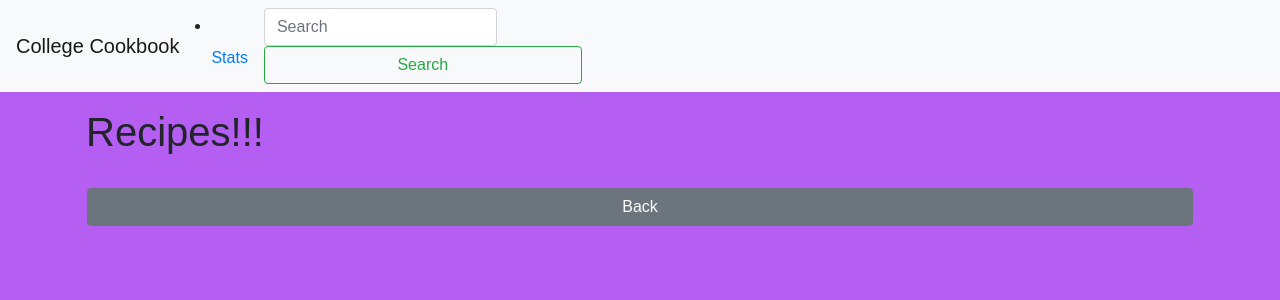
Repository: iiostefanos/college-cookbook
Page: http://localhost/
The author's editor kept a record of every edit. The page is drawn from the files as they stood at one moment, then again after the next edit.
The browser window is 1280 px wide. The pictures show the whole page.
The page is served by the project's application, run on Flask 3 (app.py). Queries for data that is not in the repository find no rows.

Above is the page before.

### templates/recipes.html
{% extends 'base.html' %} {% block content %}
<main class="container">
        <div class="row">
    <button id="back-to-results" class="btn btn-secondary" onclick="history.back(-1)">Back</button>
       </div>
<div class="container-fluid">
<div class="row recipe-header">
        <div class="col-sm-9">
        {% for recipe in recipes%}
        <h5>Category</h5>
        {{recipe.category_name}}
        </div>
        <div class="row">
       <div class="col col-sm-4">
        <h5>Title</h5>
        {{recipe.recipe_name}}
        </div>
        </div>
        <img src="{{ recipe.recipe_image }}" alt="{{ recipe.title}}">
        {{recipe.Serves}}
        {{recipe.Prep_Time}}
        {{recipe.Cook_Time}}
        {{recipe.recipe_description}}
        {{recipe.Author}}
        {{recipe.Ingredients}}
        {{recipe.Instructions}}

        </div>
<div class="recipe-header col-sm-9">

  <a href="{{url_for('edit_recipe', recipe_id=recipe._id)}}" class="btn btn-warning btn-small" type="submit">Edit</a>
  <form action="/delete_recipe/{{recipe._id}}" method="POST" class="col-s12">
  <button class="btn btn-info btn-small" type="submit">Delete</button>
  </form>
</div>
<div class="col-s9">

</div>
        {% endfor %}





{% endblock %}

### templates/base.html
<!DOCTYPE html>
<html>
    <head>
        <link href="https://stackpath.bootstrapcdn.com/font-awesome/4.7.0/css/font-awesome.min.css" rel="stylesheet">
        <link rel="stylesheet" href="https://stackpath.bootstrapcdn.com/bootstrap/4.4.1/css/bootstrap.min.css" integrity="sha384-Vkoo8x4CGsO3+Hhxv8T/Q5PaXtkKtu6ug5TOeNV6gBiFeWPGFN9MuhOf23Q9Ifjh" crossorigin="anonymous">
        <link rel="stylesheet" href="{{url_for('static', filename='css/style.css')}}" type="text/css" />
    </head>
    <body>

        <header>
            <nav class="navbar navbar-expand-lg navbar-light bg-light">
  <a class="navbar-brand" href="#">College Cookbook</a>
  <button class="navbar-toggler" type="button" data-toggle="collapse" data-target="#navbarSupportedContent" aria-controls="navbarSupportedContent" aria-expanded="false" aria-label="Toggle navigation">
    <span class="navbar-toggler-icon"></span>
  </button>

  <div class="collapse navbar-collapse" id="navbarSupportedContent">

      <li class="nav-item">
        <a class="nav-link" href="#">Stats</a>
      </li>
      <form class="form-inline my-2 my-lg-0">
      <input class="form-control mr-sm-2" type="search" placeholder="Search" aria-label="Search">
      <button class="btn btn-outline-success my-2 my-sm-0" type="submit">Search</button>
    </form>
    </ul>

  </div>
</nav>
        </header>
        <div class="container">
        <h1>Recipes!!!</h1>
        {% block content %}
        {% endblock %}
        </div>
        <script src="https://code.jquery.com/jquery-3.4.1.slim.min.js" integrity="sha384-J6qa4849blE2+poT4WnyKhv5vZF5SrPo0iEjwBvKU7imGFAV0wwj1yYfoRSJoZ+n" crossorigin="anonymous"></script>
        <script src="https://cdn.jsdelivr.net/npm/popper.js@1.16.0/dist/umd/popper.min.js" integrity="sha384-Q6E9RHvbIyZFJoft+2mJbHaEWldlvI9IOYy5n3zV9zzTtmI3UksdQRVvoxMfooAo" crossorigin="anonymous"></script>
        <script src="https://stackpath.bootstrapcdn.com/bootstrap/4.4.1/js/bootstrap.min.js" integrity="sha384-wfSDF2E50Y2D1uUdj0O3uMBJnjuUD4Ih7YwaYd1iqfktj0Uod8GCExl3Og8ifwB6" crossorigin="anonymous"></script>
    </body>
</html>

### app.py
import os
from flask import Flask, render_template, redirect, request, url_for
from flask_pymongo import PyMongo
from bson.objectid import ObjectId
from os import path
if path.exists("env.py"):
    import env

app = Flask(__name__)
app.config["MONGO_DBNAME"] = 'college_cookbook'
app.config["MONGO_URI"] = os.environ["MONGO_URI"]

mongo = PyMongo(app)


@app.route('/')
@app.route('/get_recipes')
def get_recipes():
    return render_template("recipes.html",
    recipes=mongo.db.recipes.find())


@app.route('/add_recipe')
def add_recipe():
    categories=mongo.db.categories.find()
    category_list = [category for category in categories]
    return render_template('add_recipe.html', categories = category_list)

@app.route ('/insert_recipe', methods=['POST'])
def insert_recipe():
    recipes=mongo.db.recipes
    recipes.insert_one(request.form.to_dict())
    return redirect(url_for('get_recipes'))

@app.route('/edit_recipe/<recipe_id>')
def edit_recipe(recipe_id):
    the_recipe = mongo.db.recipes.find_one({"_id": ObjectId(recipe_id)})
    all_categories = mongo.db.categories.find()
    return render_template('edit_recipe.html', recipe=the_recipe, categories=all_categories)

@app.route('/update_recipe/<recipe_id>', methods=['POST'])
def update_recipe(recipe_id):
    recipes=mongo.db.recipes
    recipes.update_one({'_id': ObjectId(recipe_id)},
    { "$set":
       {
        "category_name":request.form.get('category_name'),
        "recipe_name":request.form.get('recipe_name'),
        "recipe_image":request.form.get('recipe_image'),
        "Serves":request.form.get('Serves'),
        "Prep_Time":request.form.get('Prep_Time'),
        "Cook_Time":request.form.get('Cook_Time'),
        "recipe_description":request.form.get('recipe_description'),
        "Author":request.form.get('Author'),
        "Ingredients":request.form.get('Ingredients'),
        "Instructions":request.form.get('Instructions')
        }
     }
    )
    return redirect(url_for('get_recipes'))

@app.route('/delete_recipe/<recipe_id>', methods=['POST'])
def delete_recipe(recipe_id):
      mongo.db.recipes.remove({'_id': ObjectId(recipe_id)})
      return redirect(url_for('get_recipes'))


if __name__ == '__main__':
    app.run(host=os.environ.get('IP'),
            port=int(os.environ.get('PORT')),
            debug=True)

### static/css/style.css
body {
    background-color: #b45ef2;
    background-repeat: repeat-x;
    font-family: Arial, Helvetica, sans-serif;

    }

.btn-small
{
    height: 24px;
    width: 60px;
    line-height: 24px;
    margin: 5px 5px;
    padding: 0 0.5em;
}

.recipe-header {
    margin-top: 5px;
}


/* Full-width input fields */
input[type=text], input[type=password] {
  width: 100%;
  padding: 12px 20px;
  margin: 8px 0;
  display: inline-block;
  border: 1px solid #ccc;
  box-sizing: border-box;
}

/* Set a style for all buttons */
button {
  background-color: #4CAF50;
  color: white;
  padding: 14px 20px;
  margin: 8px 0;
  border: none;
  cursor: pointer;
  width: 100%;
}

button:hover {
  opacity: 0.8;
}

/* Extra styles for the cancel button */
.cancelbtn {
  width: auto;
  padding: 10px 18px;
  background-color: #f44336;
}

/* Center the image and position the close button */
.imgcontainer {
  text-align: center;
  margin: 24px 0 12px 0;
  position: relative;
}

.container {
  padding: 16px;
}

span.psw {
  float: right;
  padding-top: 16px;
}

/* The Modal (background) */
.modal {
  display: none; /* Hidden by default */
  position: fixed; /* Stay in place */
  z-index: 1; /* Sit on top */
  left: 0;
  top: 0;
  width: 100%; /* Full width */
  height: 100%; /* Full height */
  overflow: auto; /* Enable scroll if needed */
  background-color: rgb(0,0,0); /* Fallback color */
  background-color: rgba(0,0,0,0.4); /* Black w/ opacity */
  padding-top: 60px;
}

/* Modal Content/Box */
.modal-content {
  background-color: #fefefe;
  margin: 5% auto 15% auto; /* 5% from the top, 15% from the bottom and centered */
  border: 1px solid #888;
  width: 60%; /* Could be more or less, depending on screen size */
}

/* The Close Button (x) */
.close {
  position: absolute;
  right: 25px;
  top: 0;
  color: #000;
  font-size: 35px;
  font-weight: bold;
}

.close:hover,
.close:focus {
  color: red;
  cursor: pointer;
}

/* Add Zoom Animation */
.animate {
  -webkit-animation: animatezoom 0.6s;
  animation: animatezoom 0.6s
}

@-webkit-keyframes animatezoom {
  from {-webkit-transform: scale(0)}
  to {-webkit-transform: scale(1)}
}

@keyframes animatezoom {
  from {transform: scale(0)}
  to {transform: scale(1)}
}

/* Change styles for span and cancel button on extra small screens */
@media screen and (max-width: 300px) {
  span.psw {
     display: block;
     float: none;
  }
  .cancelbtn {
     width: 100%;
  }
}

After the next edit:
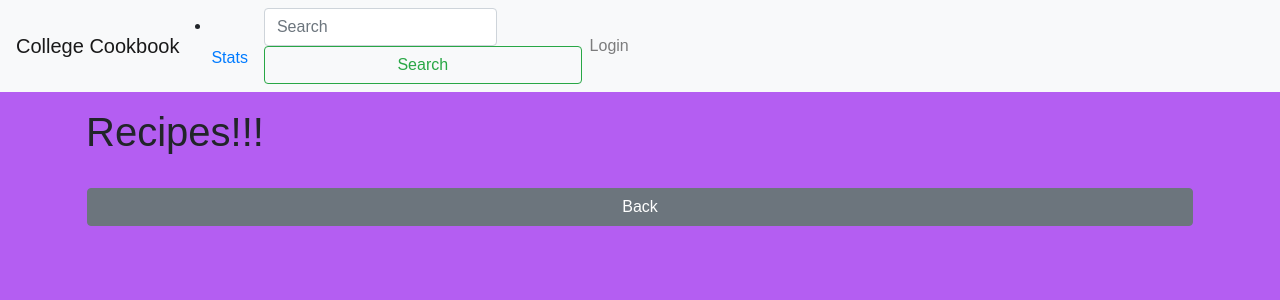
The edit:
--- a/templates/base.html
+++ b/templates/base.html
@@ -23,6 +23,10 @@
       <input class="form-control mr-sm-2" type="search" placeholder="Search" aria-label="Search">
       <button class="btn btn-outline-success my-2 my-sm-0" type="submit">Search</button>
     </form>
+    <ul class="navbar-nav mr-auto">
+      <li>
+        <a class="nav-link" href="#">Login</a>
+      </li>
     </ul>
 
   </div>
